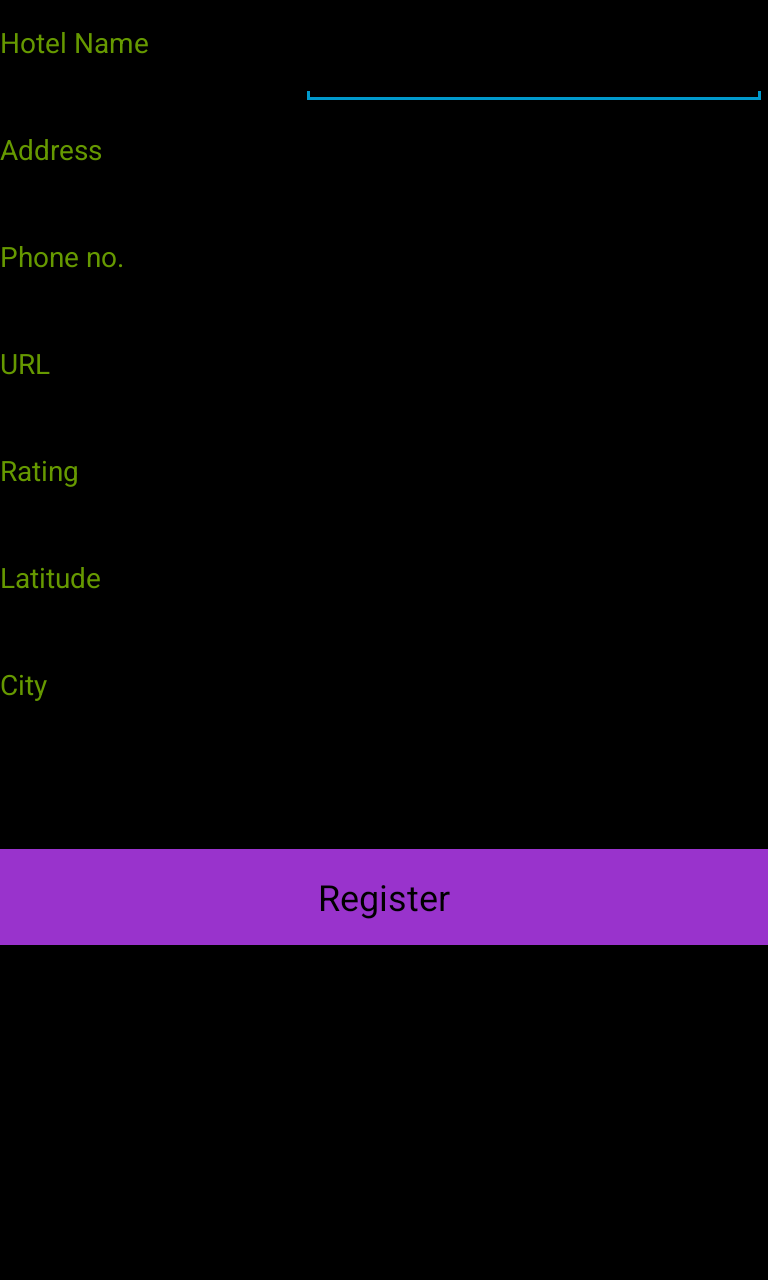
Repository: AungWinnHtut/projAndroid
Layout: com.engineer4myanmar.json.MainActivity/res/layout/activity_admin.xml
The author's editor kept a copy of each file at every save. The layout is drawn from the files as they stood at one save, then again after the next save.
It is drawn on a 768 x 1280 px phone screen (xhdpi) without system bars, with theme AppTheme; the app's code is not run.

Above is the layout before, as saved 2015-08-26 20:24:05.

After the next save:
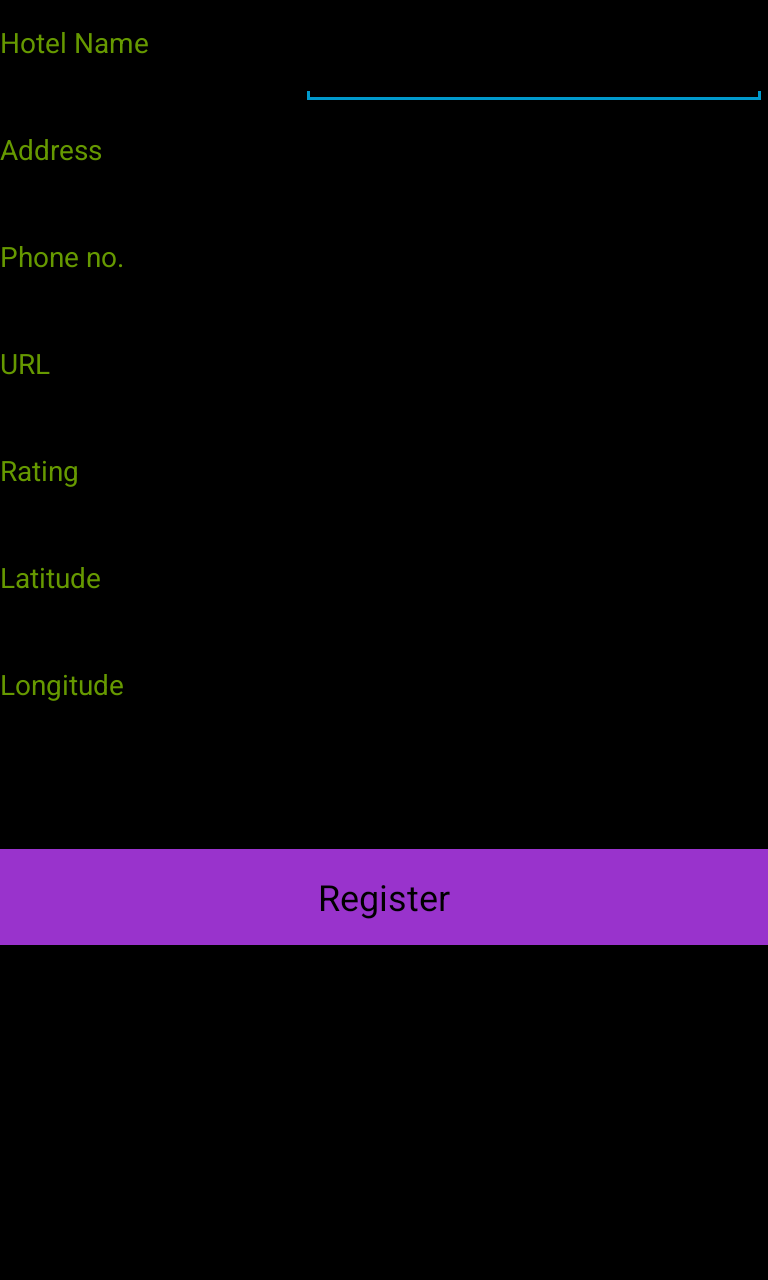
Saved 11 s later.
--- a/com.engineer4myanmar.json.MainActivity/res/layout/activity_admin.xml
+++ b/com.engineer4myanmar.json.MainActivity/res/layout/activity_admin.xml
@@ -149,7 +149,7 @@
             android:id="@+id/textView7"
             android:layout_width="150dp"
             android:layout_height="wrap_content"
-            android:text="City"
+            android:text="Longitude"
             android:textColor="#669900" />
 
         <EditText
